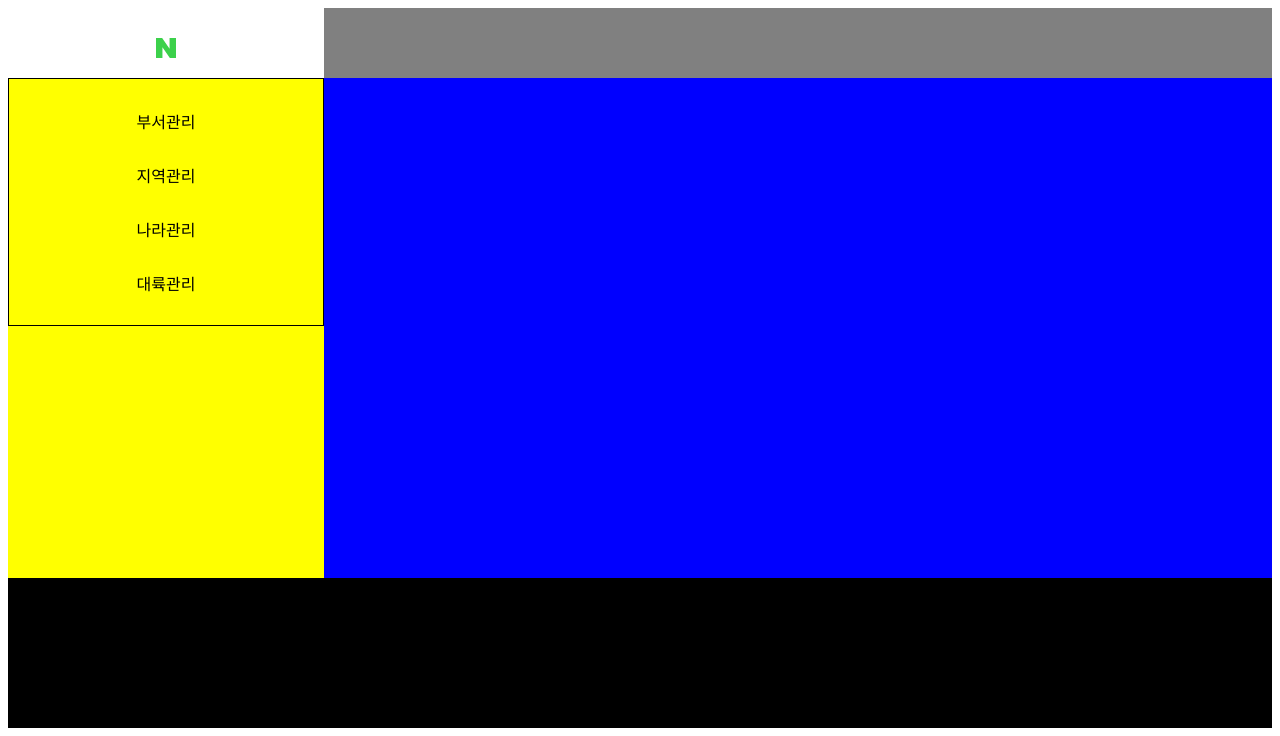
Repository: mireu930/Serverlet_App
Page: src/build/classes/webapp/template/layout.html
The author's editor kept a copy of each file at every save. The page is drawn from the files as they stood at one save, then again after the next save.
The browser window is 1280 px wide. The pictures show the whole page.

Above is the page before, as saved 2025-02-07 12:00:20.

### src/build/classes/webapp/template/layout.html
<!DOCTYPE html>
<html lang="en">
<head>
  <meta charset="UTF-8">
  <meta name="viewport" content="width=device-width, initial-scale=1.0">
  <title>Document</title>
  <style>
    header {
  width: 100%;
  height: 70px;
  /* background-color: gray; */
}

.wrap_left{
  display: flex;
}

.left {
  width: 25%;
  height: 100%;

}

.right {
  width: 75%;
  height: 100%;
}

.logo {
  /* background-color:aqua; */
  box-sizing: border-box;
  /* padding: 20px 60px; */
}

.logo img {
  display: block;
  margin: 30px auto;
}

.menu {
  background-color:gray;

}

.content {
  width: 100%;
  height: 500px;
  /* background-color: red; */
}

.content_left {
  background-color:yellow;
  padding: auto 0;
}

.content_left ul {
  list-style: none;
  border: 1px black solid;
  margin: auto 0;
  /* text-align: center; */
  padding: 0;
}

.content_left ul li {
  margin: 30px 0;
  /* border: 1px black solid; */
  display: block;
  text-align: center;
}

.content_right {
  background-color:blue
}

footer {
  width: 100%;
  height: 150px;
  background-color: black;
}
  </style>
</head>
<body>
  <header class = "wrap_left">
    <div class = "left logo" >
      <img src = "/naver_sports/images/네이버.svg">
    </div>
    <div class = "right menu">

    </div>
  </header>
  <section class = "wrap_left content">
    <div class = "left content_left">
      <ul>
        <li>부서관리</li>
        <li>지역관리</li>
        <li>나라관리</li>
        <li>대륙관리</li>
      </ul>
    </div>
    <div class = " right content_right">

    </div>
  </section>
  <footer class = "wrap_left">
    <div class = "left footer_left">

    </div>
    <div class = "right footer_right">

    </div>
  </footer>

</body>
</html>

After the next save:
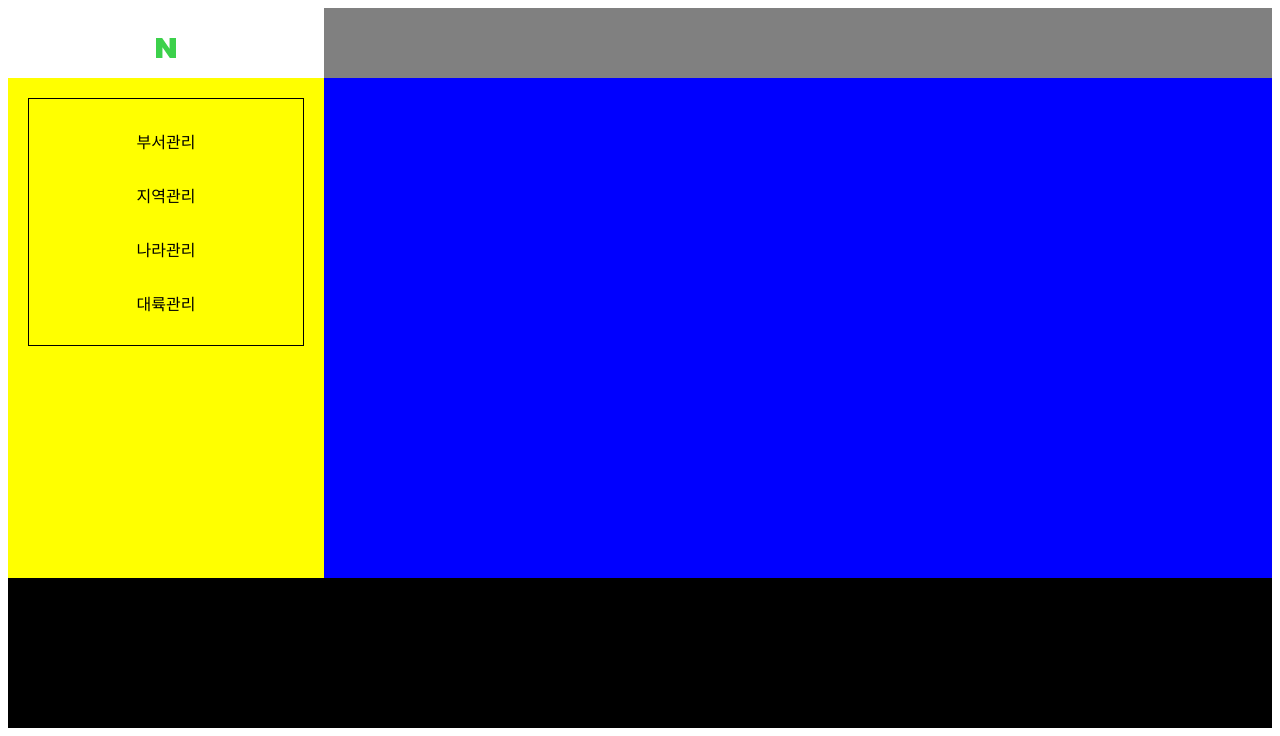
Saved 8 s later.
--- a/src/build/classes/webapp/template/layout.html
+++ b/src/build/classes/webapp/template/layout.html
@@ -56,7 +56,7 @@
 .content_left ul {
   list-style: none;
   border: 1px black solid;
-  margin: auto 0;
+  margin: 20px;
   /* text-align: center; */
   padding: 0;
 }
